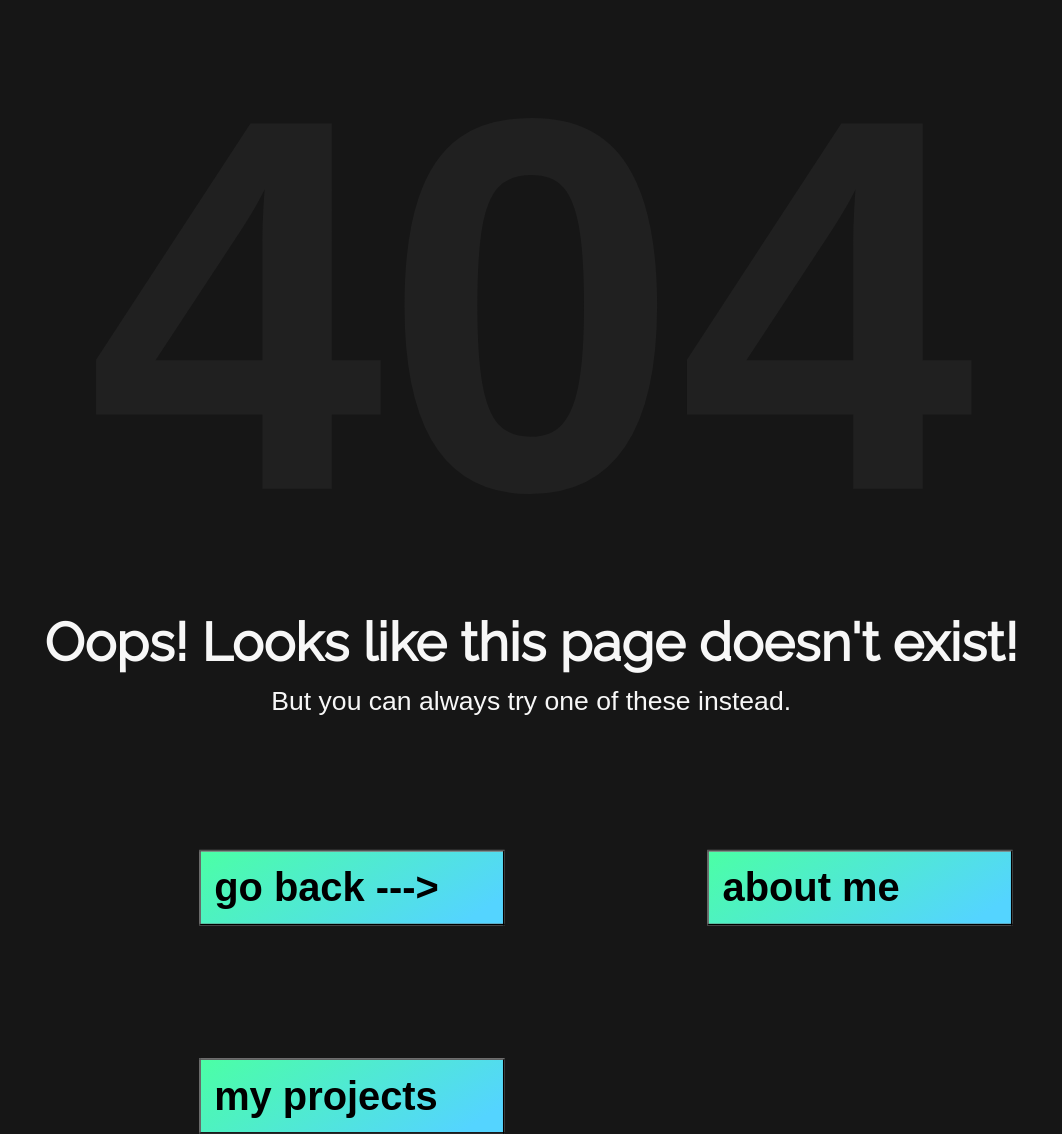
Repository: TeeJaysDev/Portfolio
Page: 404.html
An editor plug-in stored every save of this project. The page is shown before and after a run of saves, followed by the edit.
The browser window is 1280 px wide. The pictures show the whole page, at 83% of full size.

Above is the page before, as saved 2021-08-26 22:21:15.

### 404.html
<!DOCTYPE html>
<html lang="en">
<head>
    <meta charset="UTF-8">
    <meta http-equiv="X-UA-Compatible" content="IE=edge">
    <meta name="viewport" content="width=device-width, initial-scale=1.0">
    <script type="text/javascript" src="script.js"></script>
    <link rel="stylesheet" href="404.css">
    <link rel="preconnect" href="https://fonts.gstatic.com">
    <link href="https://fonts.googleapis.com/css2?family=Raleway&display=swap" rel="stylesheet">
    <title>Tymon Jędryczka | Portfolio</title>
</head>
<body>
    <section class="error">
        <h2>
            404
        </h2>
        <h1>
            Oops! Looks like this page doesn't exist!
        </h1>
        <h3>
            But you can always try one of these instead.
        </h3>
        <button>
            <a href="https://teejay.dev" target="_blank" rel="noopener">go back ---></a>
        </button>
        <button>
            <a href="https://teejay.dev/#about" target="_blank" rel="noopener">about me</a>
        </button>
        <button>
            <a href="https://teejay.dev/#projects" target="_blank" rel="noopener">my projects</a>
        </button>
    </section>
</body>
</html>

### 404.css
@import url('https://fonts.googleapis.com/css2?family=Raleway&display=swap');

* {
    margin: 0;
    padding: 0;
    box-sizing: border-box;
    font-family: sans-serif;
    text-decoration: none;
    list-style: none;
    z-index: 1;
}

body {
    background-color: #161616;
}

h1, h3 {
    display: flex;
    justify-content: center;
    color: #F7F7F7;
}

h1 {
    font-family: Raleway;
    font-size: 4rem;
    font-weight: 700;
    margin-bottom: 1rem;
}

h3 {
    font-family: Arial, Helvetica, sans-serif;
    font-size: 2rem;
    font-weight: 400;
}

h2 {
    display: flex;
    justify-content: center;
    color: #202020;
    font-size: 40rem;
    z-index: 0;
}

button a {
    text-align: center;
    font-size: 3rem;
    color: #000000;
}

button {
    display: inline-flex;
    gap: 100rem;
    padding: 1rem;
    width: 23rem;
    font-weight: bold;
    text-align: center;
    margin-left: 15rem;
    margin-top: 10rem;
    background-image: linear-gradient(147deg, #4bffa5, #54d4ff 90%);
    color: #000000;
    cursor: pointer;
}

@media only screen
and (min-width: 320px)
and (max-width: 375px) {

    h1 {
        min-width: 17ch;
        text-align: right;
        margin-left: 1.5rem;
        margin-top: 4rem;
        font-size: 2rem;
    }

    h2 {
        margin-top: 7rem;
        margin-left: 0.5rem;
        font-size: 12rem;
    }

    button {
        margin-top: 5rem;
        margin-left: 0.3rem;
    }
}

@media only screen
and (min-width: 375px)
and (max-width: 425px) {

    h1 {
        min-width: 20ch;
        text-align: right;
        margin-left: 1rem;
        margin-top: 4rem;
        font-size: 2rem;
    }

    h2 {
        margin-top: 7rem;
        margin-left: 2rem;
        font-size: 12rem;
    }

    button {
        margin-top: 10rem;
        margin-left: 2rem;
    }
}

@media only screen
and (min-width: 425px)
and (max-width: 768px) {

    h1 {
        text-align: right;
        margin-left: 2rem;
        margin-top: 4rem;
        font-size: 2rem;
    }

    h2 {
        margin-top: 7rem;
        margin-left: 3rem;
        font-size: 12rem;
    }

    button {
        margin-top: 5rem;
        margin-left: 3rem;
    }
}

@media only screen
and (min-width: 768px)
and (max-width: 1024px) {

    h1 {
        text-align: right;
        margin-left: 2rem;
        margin-top: 4rem;
        font-size: 2rem;
    }

    h2 {
        margin-top: 3rem;
        margin-left: 3rem;
        font-size: 25rem;
    }

    button {
        margin-top: 3rem;
        margin-left: 15rem;
    }
}

Loaded but not shown: script.js (no stored copy; drawn as an empty file)

After the next 2 saves:
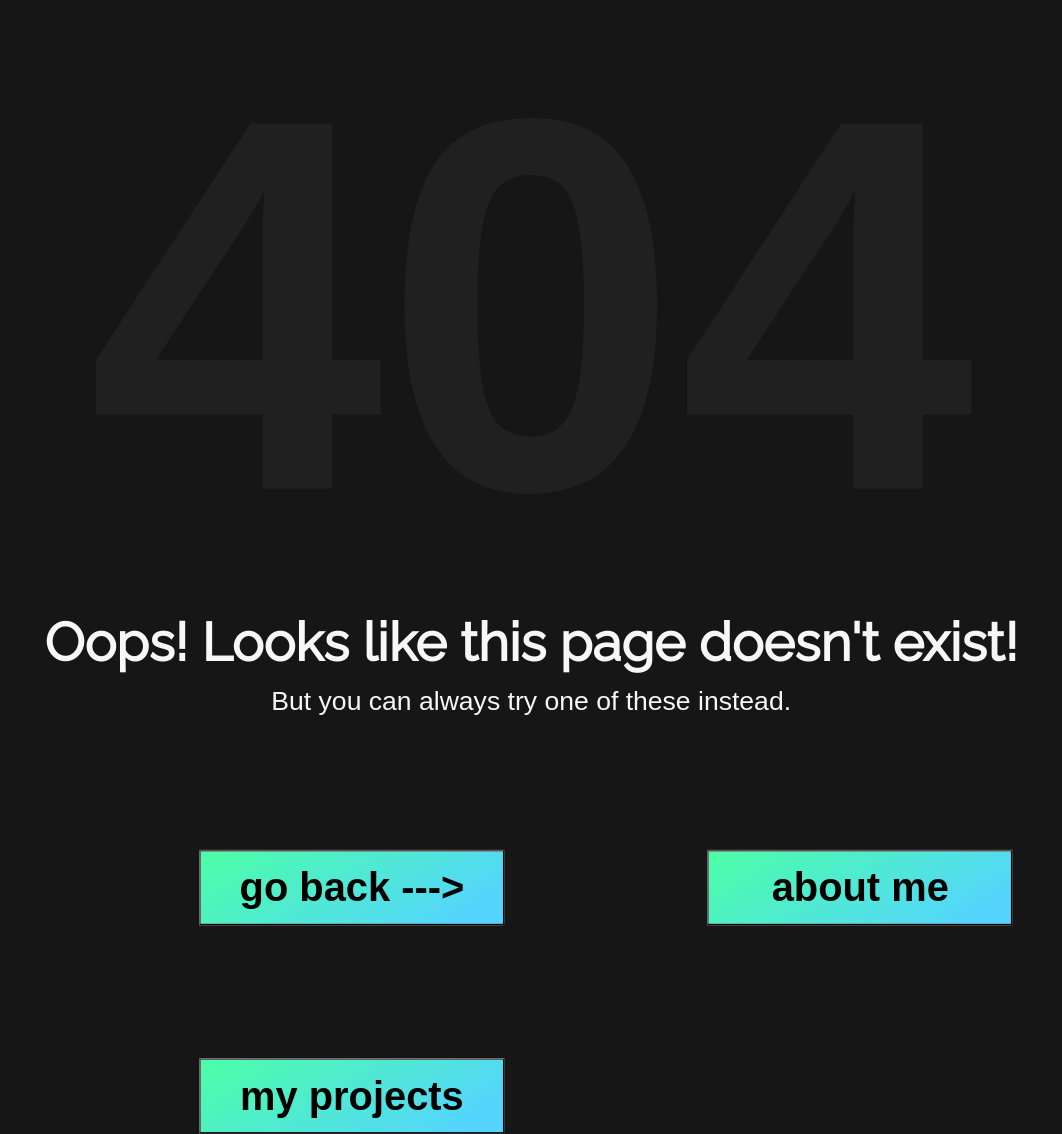
The 2 saves are shown as one change because they came seconds apart.
The last was saved 7 s later.
--- a/404.css
+++ b/404.css
@@ -48,8 +48,6 @@ button a {
 }
 
 button {
-    display: inline-flex;
-    gap: 100rem;
     padding: 1rem;
     width: 23rem;
     font-weight: bold;
